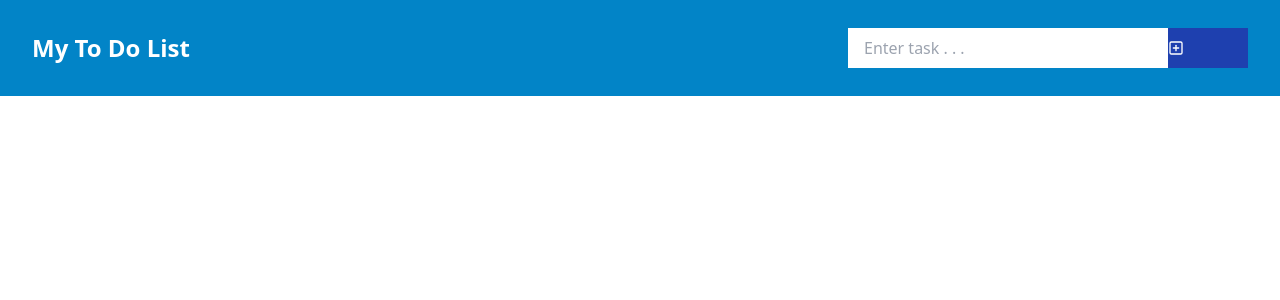
Repository: SaadYasin/react-to-do-list
Page: /
An editor plug-in stored every save of this project. The page is shown before and after a run of saves, followed by the edit.
The browser window is 1280 px wide. The pictures show the whole page.
The project was rebuilt for these pictures with package versions that can differ from the ones it lists, and the page was loaded fresh each time. Also part of the build but not shown: src/App.css.

Above is the page before, as saved 2022-11-09 15:38:25.

After the next 5 saves:
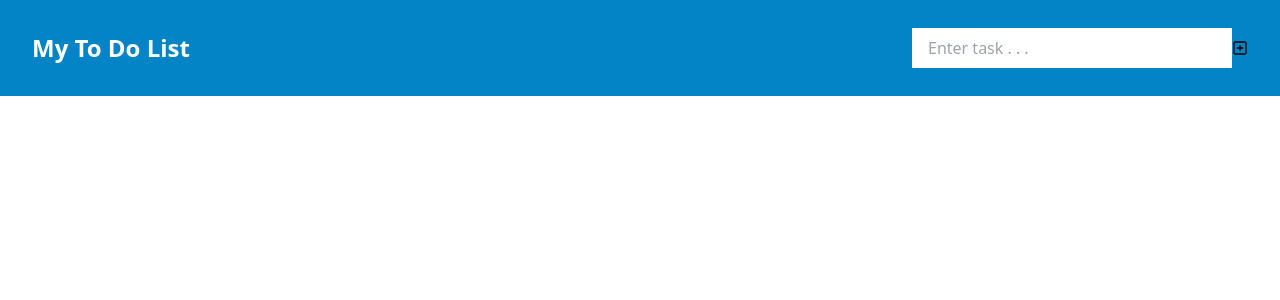
The 5 saves are shown as one change because they came seconds apart.
The last was saved 36 s later.
--- a/src/components/Input.js
+++ b/src/components/Input.js
@@ -6,7 +6,7 @@
     <div>
       <form className="flex h-10 ">
         <input type="text" placeholder='Enter task . . .' className='px-4 w-80'/>
-        <button className="bg-blue-800 w-20 text-white" type='submit'><FiPlusSquare /></button>
+        <button className="bg-blue-800 w-20 text-white" type='submit' className=""><FiPlusSquare /></button>
       </form>
     </div>
   )

After the save that followed:
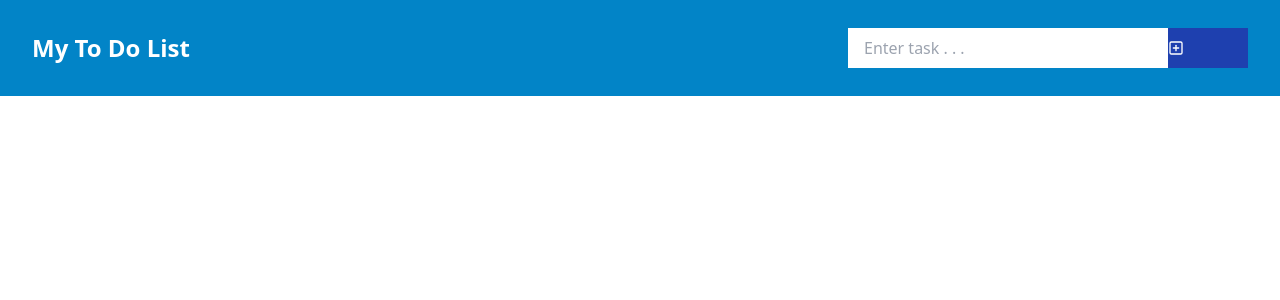
Saved 24 s later.
--- a/src/components/Input.js
+++ b/src/components/Input.js
@@ -6,7 +6,7 @@
     <div>
       <form className="flex h-10 ">
         <input type="text" placeholder='Enter task . . .' className='px-4 w-80'/>
-        <button className="bg-blue-800 w-20 text-white" type='submit' className=""><FiPlusSquare /></button>
+        <button className="bg-blue-800 w-20 text-white" type='submit'><FiPlusSquare /></button>
       </form>
     </div>
   )
